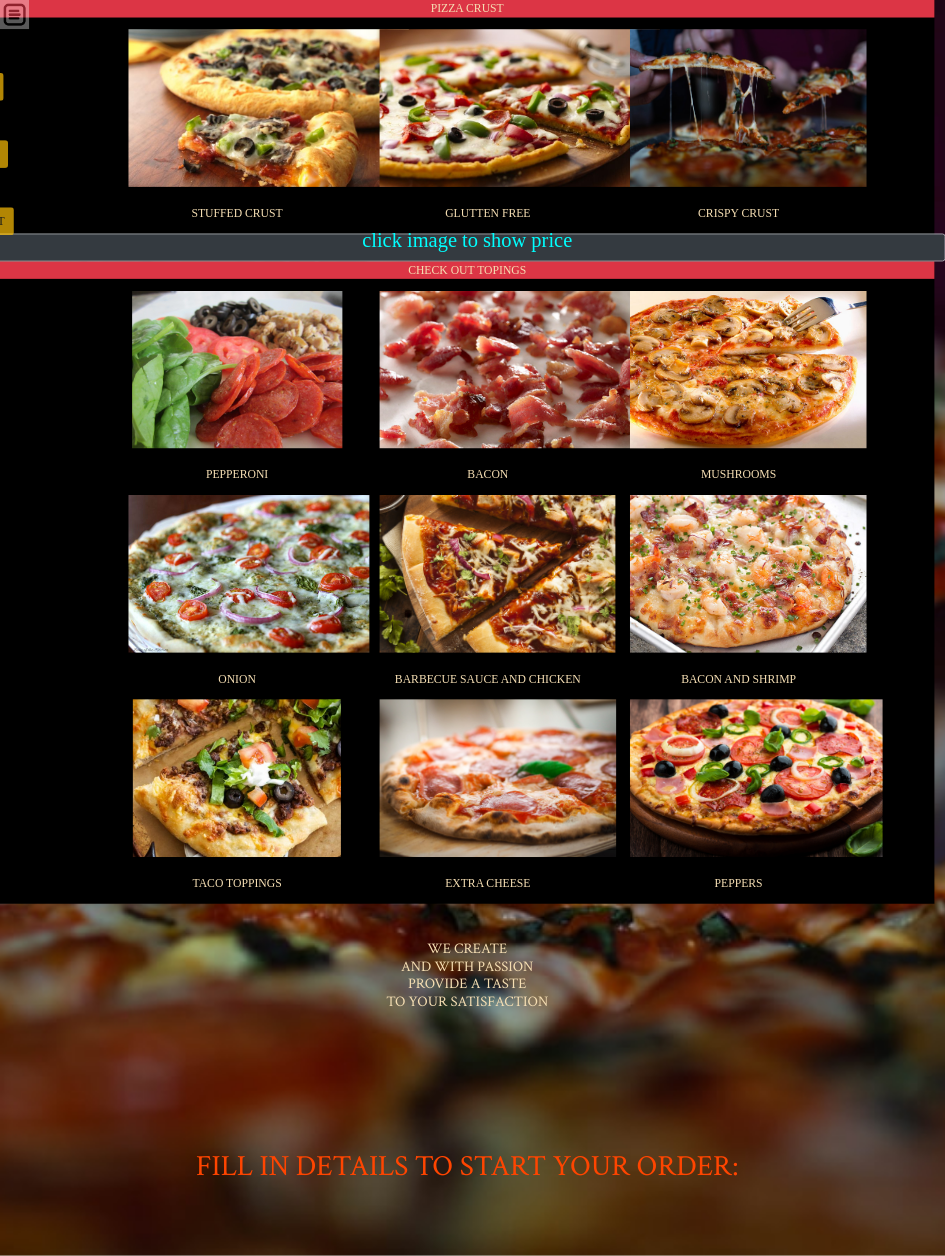
Repository: alexmwaura/MOREO--PIZZA-IP4
Page: mine.html
An editor plug-in stored every save of this project. The page is shown before and after a run of saves, followed by the edit.
The browser window is 1280 px wide. The page is 1295 px wide, so the pictures cover 1295 px, including what lies to the right of the window. The pictures show the whole page, at 73% of full size.
Some web fonts or font styles are not loaded; a fallback is used.

Above is the page before, as saved 2019-09-01 14:38:54.

After the next 4 saves:
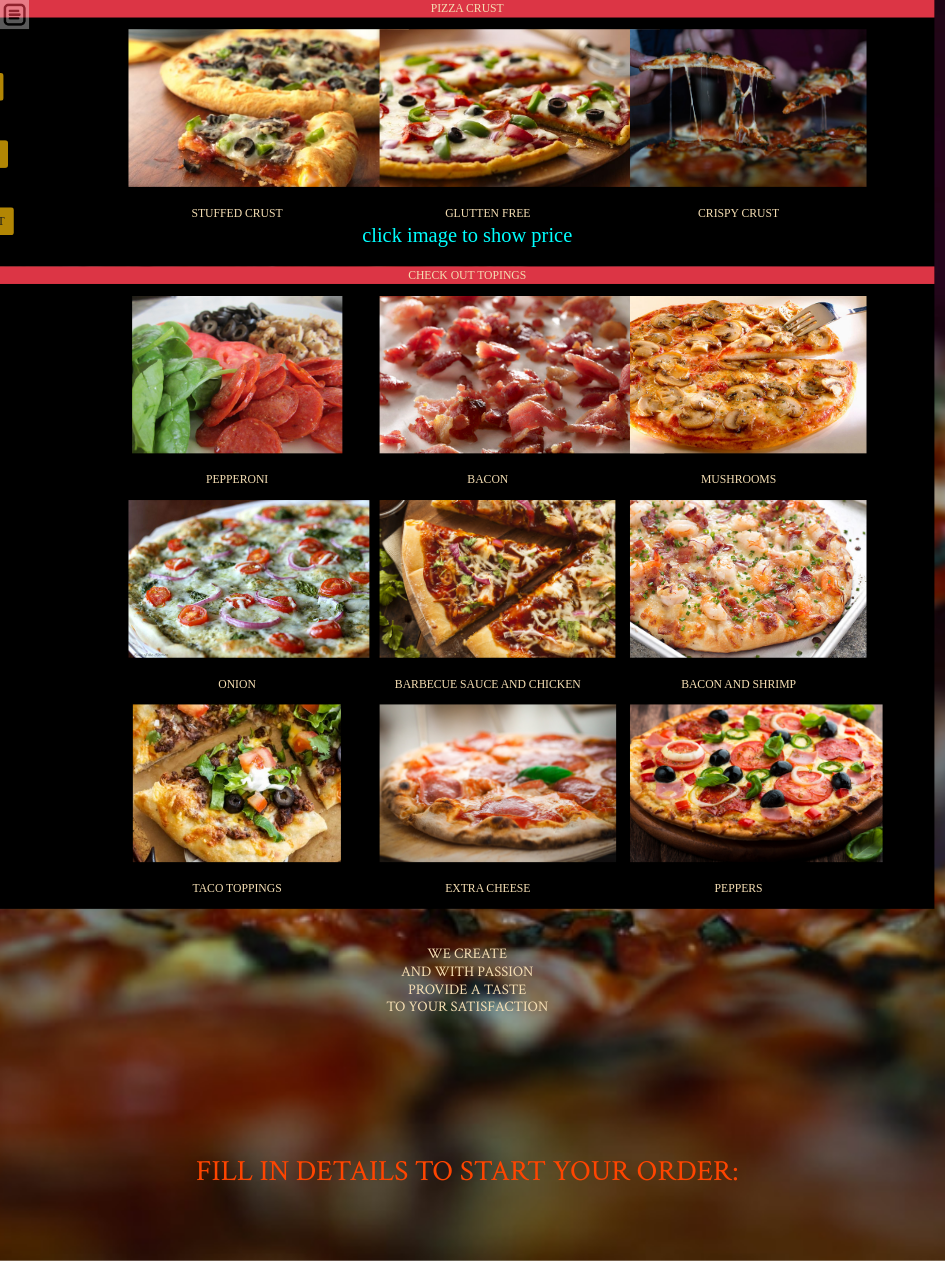
The 4 saves are shown as one change because they came seconds apart.
The last was saved 32 s later.
--- a/mine.html
+++ b/mine.html
@@ -105,7 +105,7 @@
 
                     </div>
 
-                    <div class="form-control bg-dark">
+                    <div class="form-control-range">
                         <h3 style="color: aqua" style="font-size: 10vh" class="price"> click image to show price</h3>
                     </div>
 
